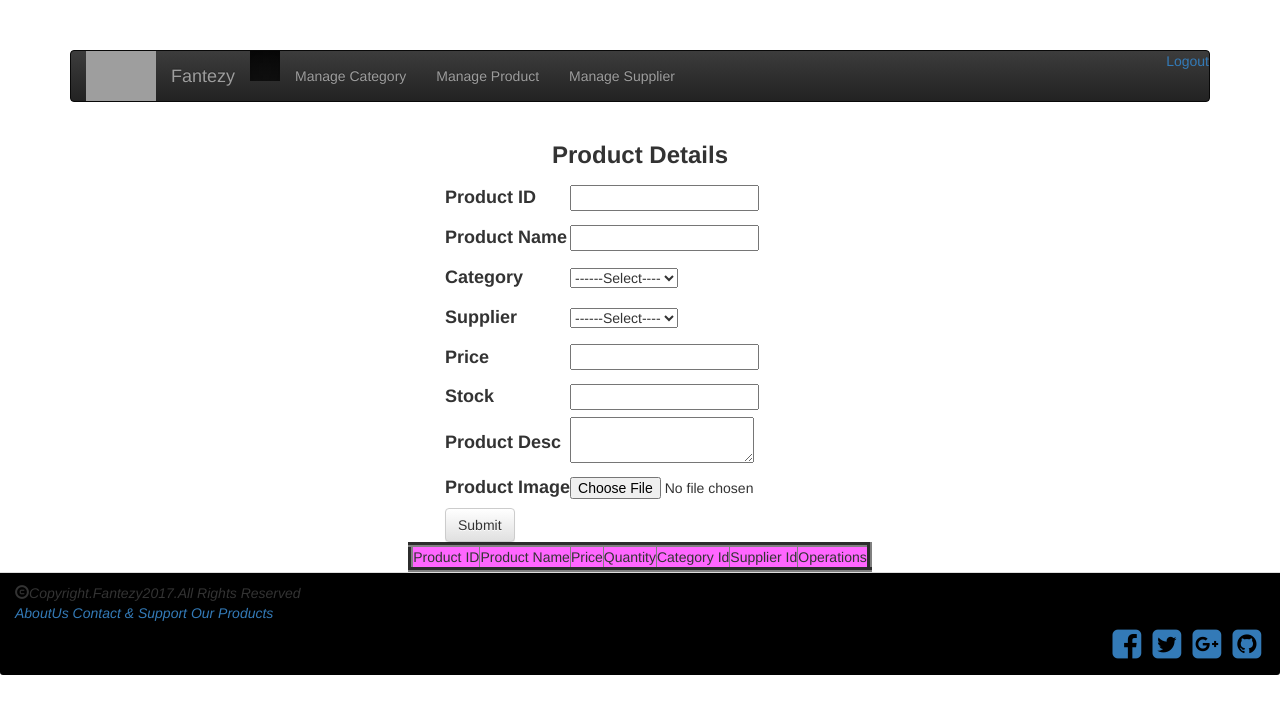
Repository: Safna93/eCommerce-project
Page: http://localhost/FantezyFrontendProject/WEB-INF/views/Product.jsp
These files come from the project's save history. The page is drawn as it stood at one moment and after the next save; the edit follows.
The browser window is 1280 px wide. The pictures show the whole page.
Pictures or frames that could not be fetched are drawn as grey boxes. Some web libraries are served in a nearby version. The page is served by Tomcat 9. Nobody is signed in. The template is opened directly, without the code that normally fills it, so the values that code supplies are empty.

Above is the page before, as saved 2017-07-11 10:26:58.

After the next save:
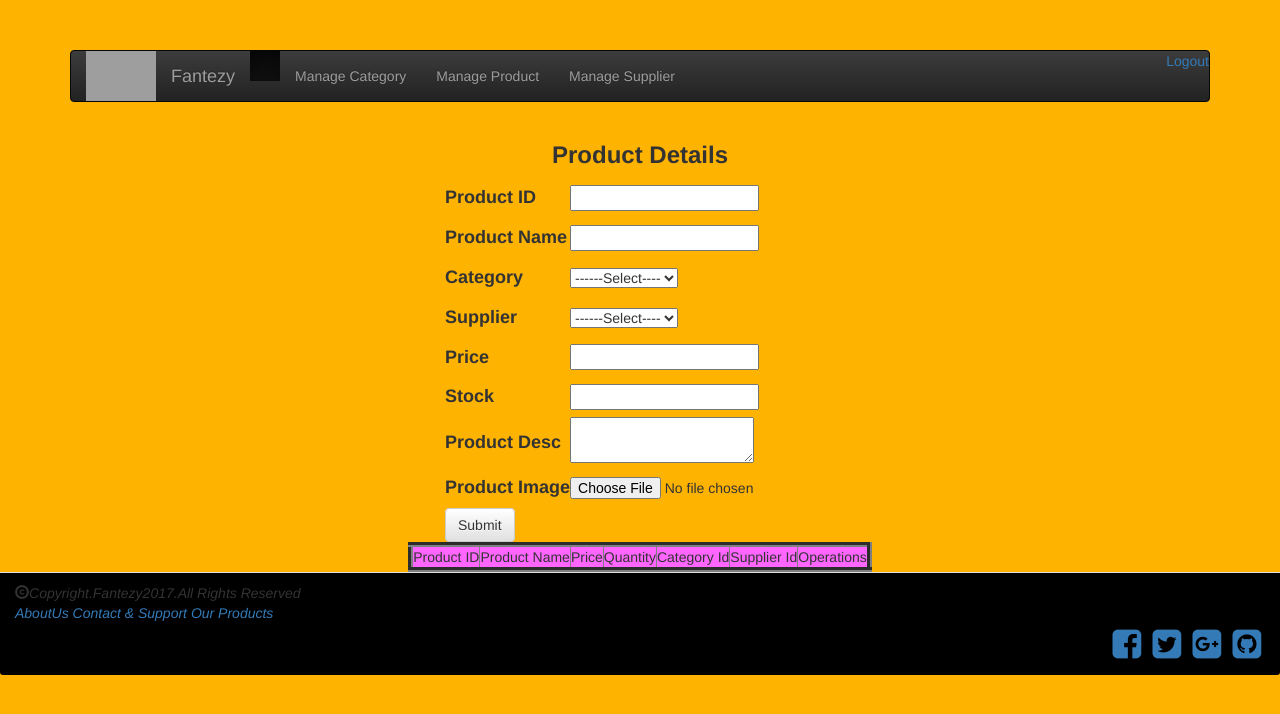
Saved 63 s later.
--- a/Fantezy Project/Fantezy/FantezyFrontendProject/src/main/webapp/WEB-INF/views/AdminHeader.jsp
+++ b/Fantezy Project/Fantezy/FantezyFrontendProject/src/main/webapp/WEB-INF/views/AdminHeader.jsp
@@ -15,7 +15,7 @@
 </head>
 <body>
 
-
+<body style="background-color: #ffb301">
 
 
 	<div class="header">
